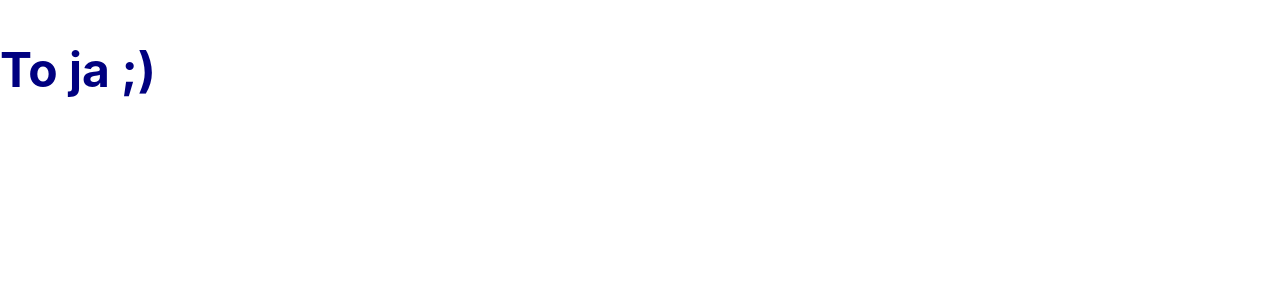
Repository: KrzysKolo/sr_tydzien4_zad4
Page: /
The author's editor kept a copy of each file at every save. The page is drawn from the files as they stood at one save, then again after the next save.
The browser window is 1280 px wide. The pictures show the whole page.
Some web libraries are served in a nearby version. The project was rebuilt for these pictures with package versions that can differ from the ones it lists, and the page was loaded fresh each time.

Above is the page before, as saved 2020-11-29 11:48:28.

After the next save:
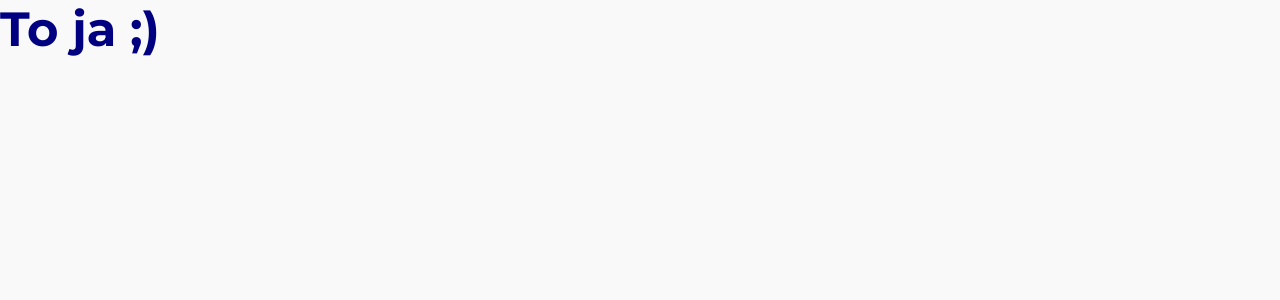
Saved 50 s later.
--- a/src/components/Budget.js
+++ b/src/components/Budget.js
@@ -21,9 +21,12 @@ const Container = styled.main`
 
 const Budget = () => {
     return (
-        <Container>
-            <h2> To ja ;)</h2>
-        </Container>
+        <>
+            <GlobalStyle />
+            <Container>
+                <h2> To ja ;)</h2>
+            </Container>
+        </>
     )
 }
 
